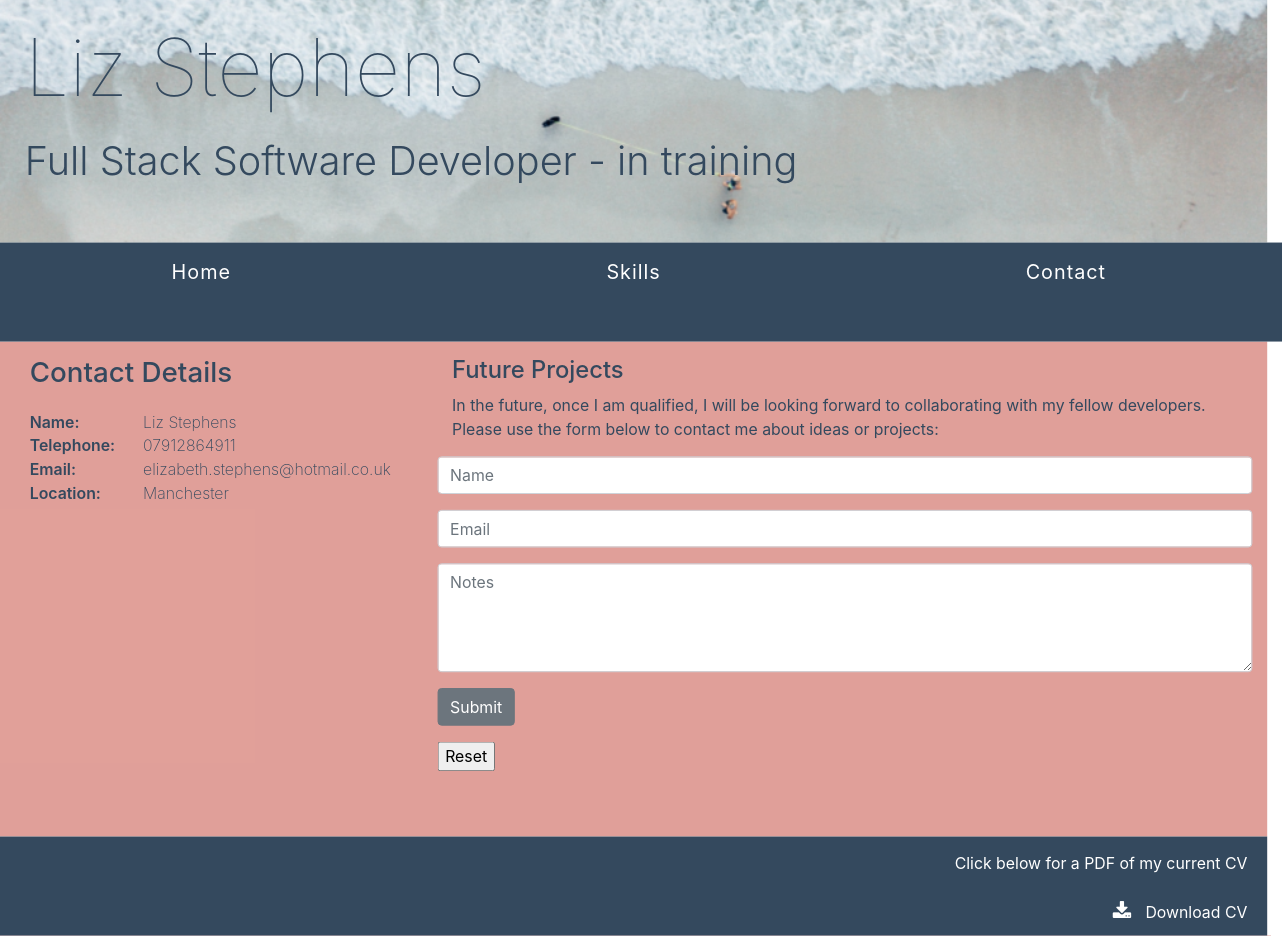
Repository: Liz94688/portfolio-site
Page: contact.html
The author's editor kept a record of every edit. The page is drawn from the files as they stood at one moment, then again after the next edit.
The browser window is 1280 px wide. The page is 1295 px wide, so the pictures cover 1295 px, including what lies to the right of the window. The pictures show the whole page, at 99% of full size.

Above is the page before.

### contact.html
<!DOCTYPE html>
<html lang="en">

<head>
    <meta charset="UTF-8">
    <meta name="viewport" content="width=device-width, initial-scale=1.0">
    <meta http-equiv="X-UA-Compatible" content="ie=edge">
    <link rel="stylesheet" href="https://stackpath.bootstrapcdn.com/bootstrap/4.3.1/css/bootstrap.min.css" type="text/css" />
    <link rel="stylesheet" href="https://stackpath.bootstrapcdn.com/font-awesome/4.7.0/css/font-awesome.min.css" type="text/css" />
    <link rel="stylesheet" href="assets/css/style.css" type="text/css" />
    <title>Liz Stephens Portfolio - Full Stack Web Developer</title>
</head>

<body>
    <header>
        <div class="row header-image">
            <div class="col">
                <h1 class="header-name">Liz Stephens</h1>
                <h2 class="header-title">Full Stack Software Developer - in training</h2>
            </div>
        </div>

        <div class="row header-nav">
            <div class="col">
                <ul id="nav" class="list-inline header-nav-container">
                    <li class="col-sm-4 header-nav-color-home header-nav-item list-inline-item">
                        <a href="#"><span>Home</span></a>
                    </li>
                    <li class="col-sm-4 header-nav-color-skills header-nav-item list-inline-item">
                        <a href="#"><span>Skills</span></a>
                    </li>
                    <li class="col-sm-4 header-nav-color-contact header-nav-item list-inline-item">
                        <a href="#"><span>Contact</span></a>
                    </li>
                </ul>
            </div>
        </div>
        </div>
    </header>

    <section id="contact" class="container-fluid contact-container">
        <div class="row contact-row">
            <div class="col-md-4 contact-info">
                <div class="col-12">
                    <h3 class="contact-details-title">
                        Contact Details
                    </h3>
                </div>
                <div class="col-12 contact-details-itemised">
                    <div class="key">
                        <p>Name:</p>
                    </div>
                    <div class="value">
                        <p>Liz Stephens</p>
                    </div>
                    <div class="key">
                        <p>Telephone:</p>
                    </div>
                    <div class="value">
                        <p>07912864911</p>
                    </div>
                    <div class="key">
                        <p>Email:</p>
                    </div>
                    <div class="value">
                        <p>elizabeth.stephens@hotmail.co.uk</p>
                    </div>
                    <div class="key">
                        <p>Location:</p>
                    </div>
                    <div class="value">
                        <p>Manchester</p>
                    </div>
                </div>
            </div>

            <div class="col-md-8 contact-form">
                <div class="col-12">
                    <h4>
                        Future Projects
                    </h4>
                </div>
                <div class="col-12">
                    <p>In the future, once I am qualified, I will be looking forward to collaborating with my fellow developers. Please use the form below to contact me about ideas or projects: </p>
                </div>
                <div class="col-12 contact-groups">
                    <form>
                        <div class="form-group">
                            <input type="text" name="Name" class="form-control" placeholder="Name" required>
                        </div>
                        <div class="form-group">
                            <input type="email" name="Email" class="form-control" placeholder="Email" required>
                        </div>
                        <div class="form-group">
                            <textarea rows="4" name="Notes" class="form-control" placeholder="Notes"></textarea>
                        </div>
                        <div class="form-group">
                            <button type="submit" class="btn btn-secondary">Submit</button>
                        </div>
                        <div class="form-group">
                            <input type="reset" value="Reset">
                        </div>
                    </form>
                </div>
            </div>
        </div>
    </section>

    <footer class="container-fluid">
        <div class="row footer-nav">
            <div class="col footer-nav-item">
                <p>Click below for a PDF of my current CV</p>
                <a href="./assets/Liz_CV.pdf" target="_blank"><i class="fa fa-download" aria-hidden="true"></i><span> Download CV </span></a>
            </div>
        </div>
    </footer>
</body>

</html>

### assets/css/style.css
@import url('https://fonts.googleapis.com/css?family=Montserrat&display=swap:100,200,300,400,500,600,700');

/*------------------------------Header*/

header {
    margin: 0;
    padding: 0;
}

.header-image {
    background-image: url('../images/welcome-view.jpg');
    background-position: center;
    background-repeat: no-repeat;
    background-size: cover;
    min-height: 240px;
    max-width: 100%;
    margin: 0;
    transition: all .5s ease-in-out;
    -moz-transition: all .5s ease-in-out;
    -webkit-transition: all .5s ease-in-out;
}

.header-name {
    font-weight: 100;
    font-size: 80px;
    color: #34495E;
    padding-top: 20px;
    padding-left: 25px;
}

.header-title {
    font-weight: 300;
    font-size: 40px;
    color: #34495E;
    padding-top: 15px;
    padding-bottom: 50px;
    padding-left: 25px;
}

/*------------------------------Header-Nav*/

.col {
    padding: 0;
}

li a {
    color: #fff;
    padding: 0;
    text-decoration: none;
}

.row {
    padding-bottom: 0;
}


.list-inline-item:not(:last-child) {
    margin: 0;
}

.header-nav-container {
    font-size: 0;
}

.col ul {
    margin-bottom: 0;
}

#nav li {
    padding: 0;
}

.header-nav-item {
    height: 100px;
    text-align: center;
}

.header-nav-item a {
    width: 100%;
    text-decoration: none;
    color: #fff;
}

.header-nav-item span {
    display: block;
    padding-top: 15px;
    font-size: 20px;
    letter-spacing: 1px;
}

/*------------------------------Navbar Colours/Background Colours*/

ul {
    background-color: #34495E;
}

.header-nav-color-home:hover {
    background-color: #4682B4;
}

.header-nav-color-skills:hover {
    background-color: #48D1CC;
}

.header-nav-color-contact:hover {
    background-color: #D98880;
}

.header-nav-color-home.active {
    background-color: #4682B4;
}

.header-nav-color-skills.active {
    background-color: #48D1CC;
}

.header-nav-color-contact.active {
    background-color: #D98880;
}

.home-bg-color {
    background-color: #4682B4;
}

/*------------------------------So far...*/

section {
    margin: 0;
    padding: 0;
}

.about-container {
    min-height: 500px;
    background-color: rgba(70, 130, 180, 0.8);
    color: #34495E;
    padding-bottom: 20px;
}

.so-far-title {
    padding-top: 20px;
    margin-bottom: 30px;
}

.so-far-title h3 {
    margin: 0;
}

.so-far-paragraph p {
    margin-bottom: 15px;
}

/*------------------------------Timeline*/

.timeline {
    position: relative;
    margin: 0 auto;
}

.timeline::after {
    content: '';
    position: absolute;
    width: 6px;
    background-color: #fff;
    top: 0;
    bottom: 0;
    left: 50%;
    margin-left: -2px;
}

.container {
    padding: 10px 20px;
    position: relative;
    background-color: #34495E;
    width: 50%;
    color: #fff;
    margin-left: 0;
}

.left {
    left: 0;
}

.right {
    left: 50%;
}

/*------------------------------Skills*/

.skills-container {
    margin: 0;
    min-height: 500px;
    background-color: rgba(72, 209, 204, 0.8);
    color: #34495E;
    padding-bottom: 20px;
}

.skills-title {
    padding-top: 20px;
    margin-bottom: 30px;
}

.skills-progression {
    margin-bottom: 30px;
}

.progress {
    height: 35px;
    margin-bottom: 15px;
    position: relative;
}

.progress-type {
    position: absolute;
    left: 0px;
    color: #283747;
    padding: 2px 30px 2px 5px;
}

/*------------------------------Contact Info*/

.contact-container {
    padding: 0;
    margin: 0;
    min-height: 500px;
    background-color: rgba(217, 136, 128, 0.8);
    color: #34495E;
}

.contact-row {
    margin-left: 0;
    margin-right: 0;
}

.contact-info {
    padding-top: 15px;
    margin-bottom: 20px;
}

.contact-details-title {
    margin-bottom: 20px;
}

.contact-details-itemised {
    margin-bottom: 20px;
}

.contact-details-itemised .key,
.contact-details-itemised .value {
    display: inline-block;
    padding-right: 10px;
}

.contact-details-itemised .key p,
.contact-details-itemised .value p {
    margin: 0;
}

.contact-details-itemised .key {
    width: 30%;
}

.contact-details-itemised .value {
    position: relative;
    width: 60%;
}

.contact-details-itemised .key p {
    font-weight: 600;
}

.contact-details-itemised .value p {
    font-weight: 200;
}

/*------------------------------Contact Form*/

.contact-form {
    padding-top: 15px;
    margin-bottom: 20px;
}

.contact-form-title {
    margin-bottom: 20px;
}

.contact-groups {
    padding: 0;
}

.centre-form {
    padding-top: 10px;
    margin: 0 auto;
    max-width: 70%;
}

/*------------------------------Footer*/

footer {
    min-height: 100px;
    margin: 0;
    padding: 0;
}

.footer-nav {
    background-color: #34495E;
}

.footer-nav-item {
    height: 100px;
    text-align: right;
    padding: 15px 20px;
    color: #fff;
}

.footer-nav-item a {
    text-decoration: none;
    color: #fff;
}

.footer-nav-item a i {
    font-size: 20px;
    padding: 10px;
}

/*------------------------------Media Queries*/

@media(max-width: 600px) {
    .header-title {
        font-weight: 200;
        font-size: 40px;
        color: #34495E;
        padding-top: 25px;
        padding-bottom: 40px;
        padding-left: 25px;
    }
}

@media(min-width: 768px) {
    .timeline::after {
        content: '';
        position: absolute;
        width: 12px;
        background-color: #fff;
        top: 0;
        bottom: 0;
        left: 50%;
        margin-left: -2px;
    }
}

@media(min-width: 992px) {
    .centre-form {
        padding-top: 30px;
        margin: 0 auto;
        max-width: 80%;
    }
}

After the next edit:
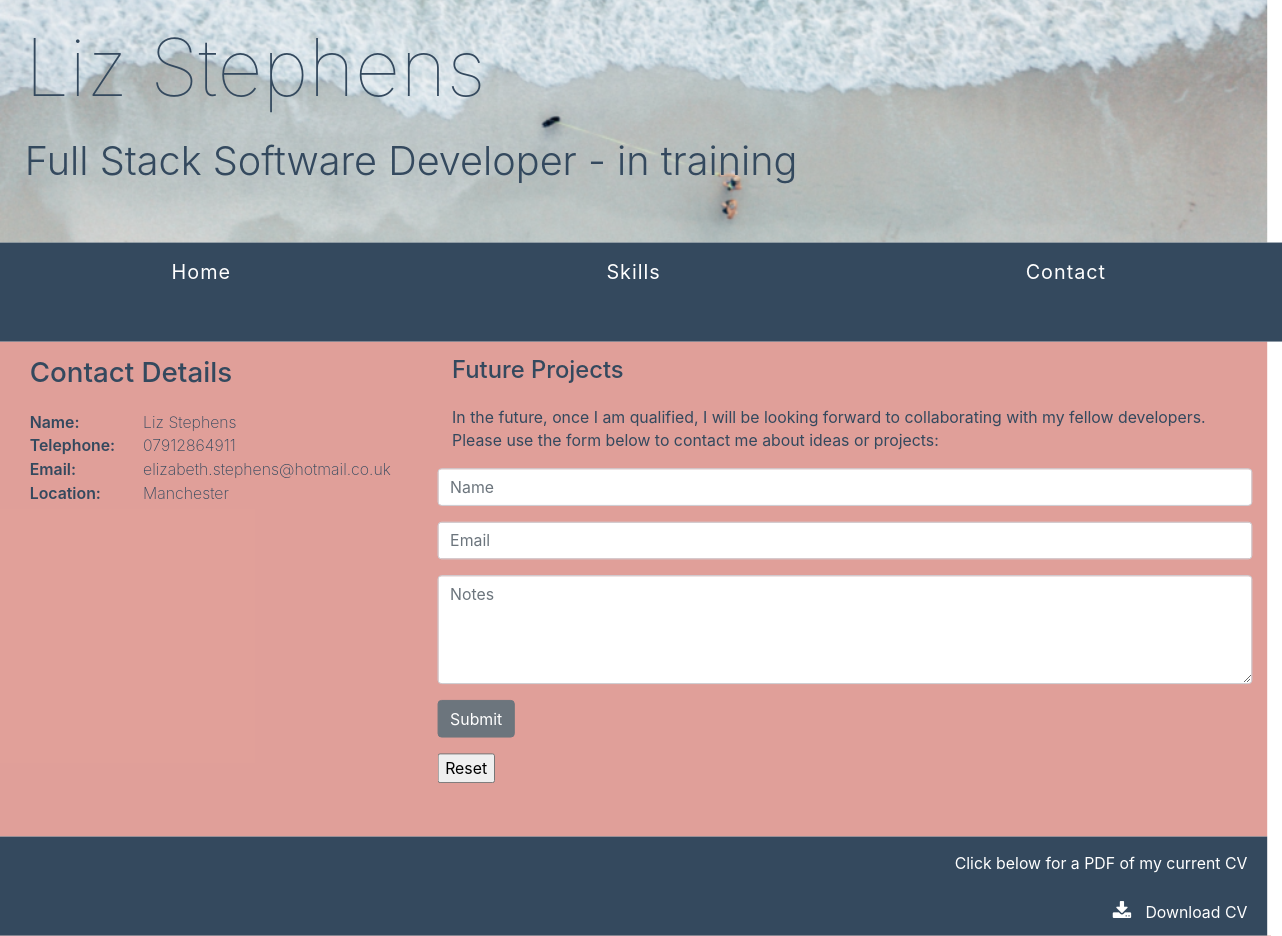
The edit:
--- a/contact.html
+++ b/contact.html
@@ -76,7 +76,7 @@
 
             <div class="col-md-8 contact-form">
                 <div class="col-12">
-                    <h4>
+                    <h4 class="contact-form-title">
                         Future Projects
                     </h4>
                 </div>
